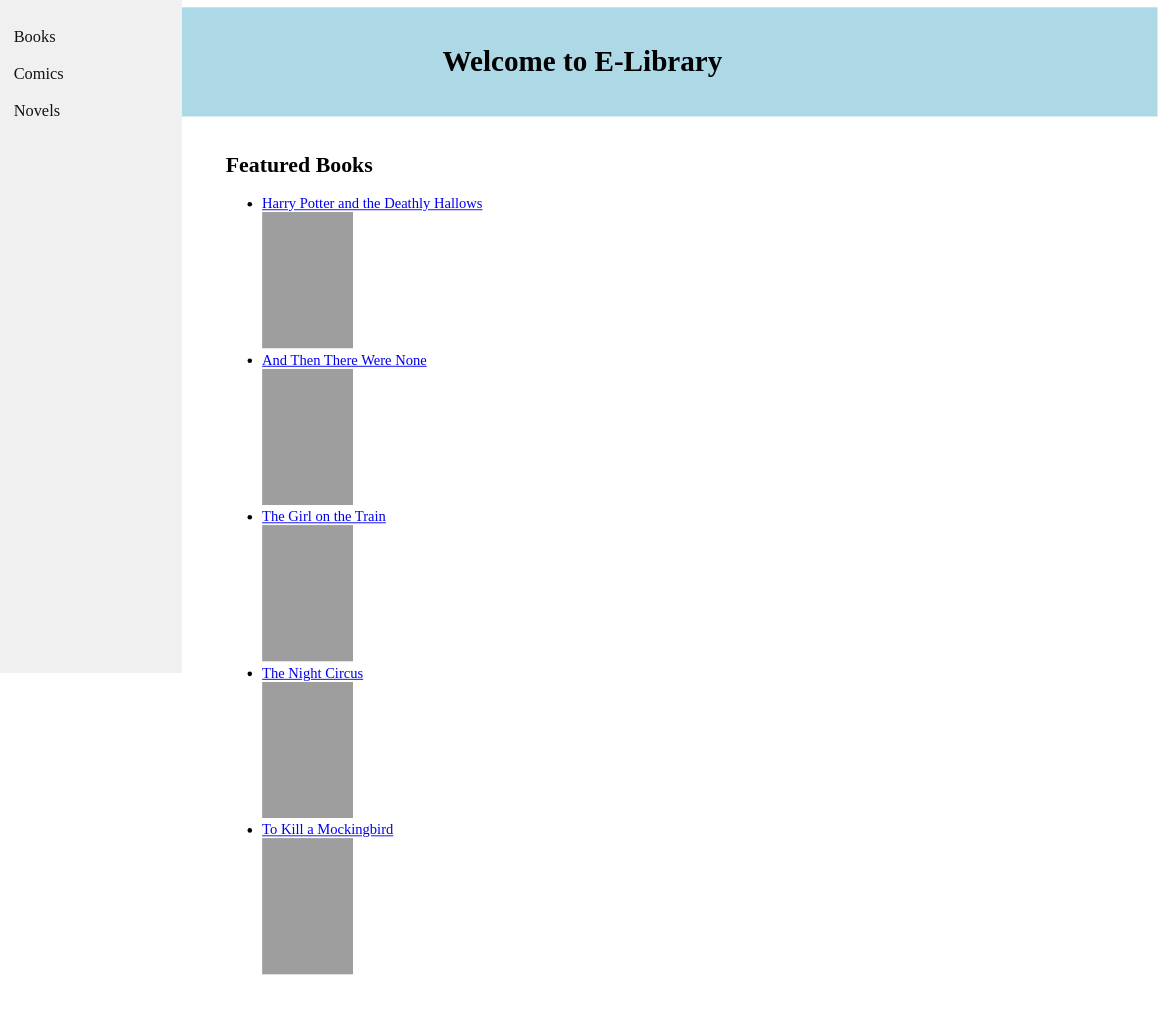
Repository: TejasS1233/MINITHON-hackathon-project
Page: Rishit.html
These files come from the project's save history. The page is drawn as it stood at one moment and after the next save; the edit follows.
The browser window is 1280 px wide. The pictures show the whole page, at 91% of full size.
Pictures or frames that could not be fetched are drawn as grey boxes.

Above is the page before, as saved 2024-09-20 09:15:21.

After the next save:
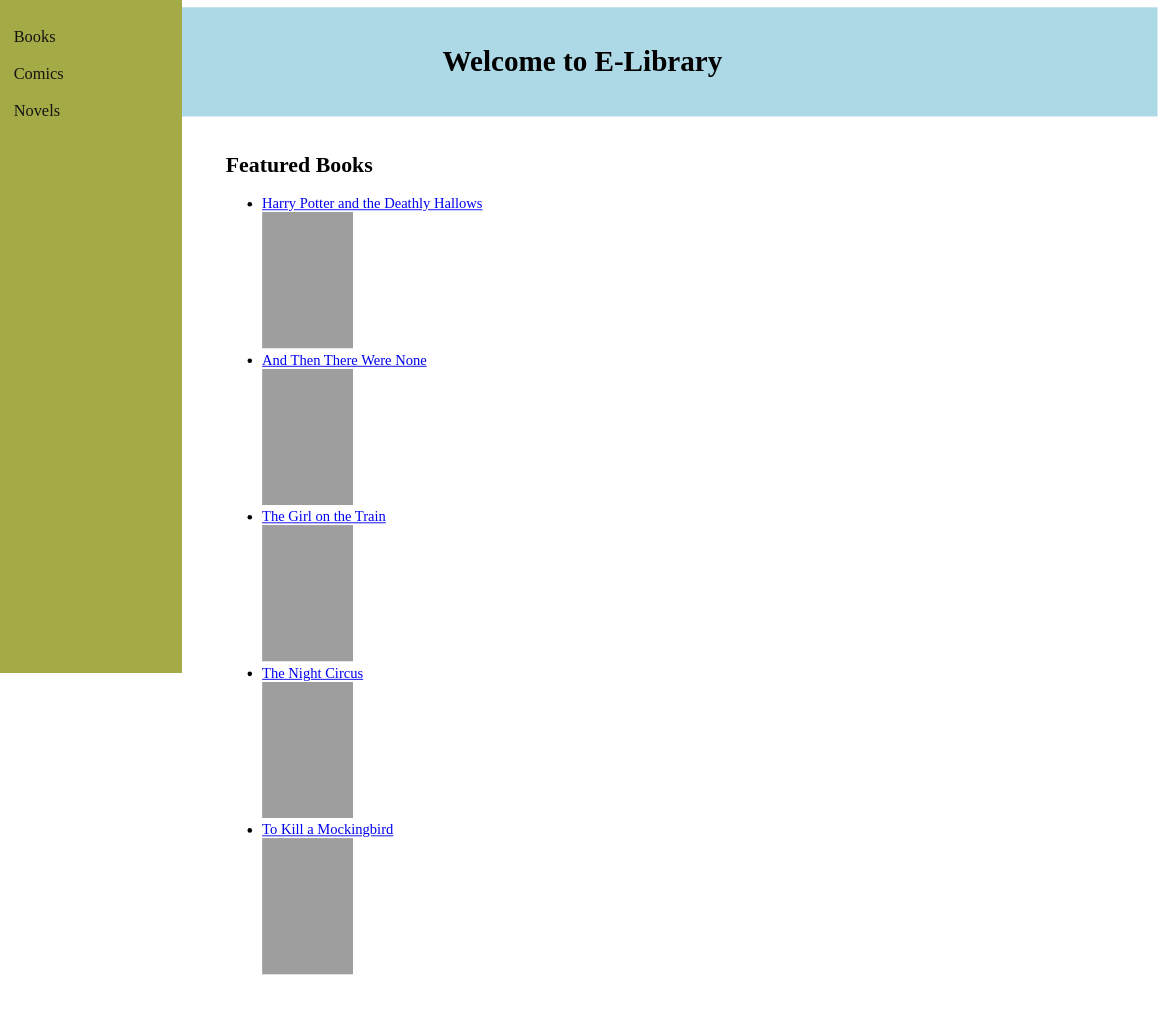
Saved 16 s later.
--- a/Rishit.html
+++ b/Rishit.html
@@ -19,7 +19,7 @@
             position: fixed;
             top: 0;
             left: 0;
-            background-color: #f0f0f0;
+            background-color: #a4ab46;
             padding-top: 20px;
         }
         .sidebar a
